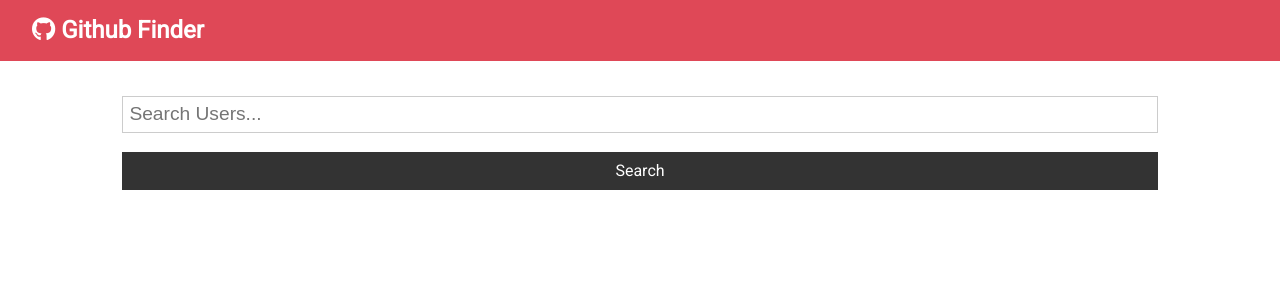
Repository: bafode/github-finder
Page: /about
These files come from the project's save history. The page is drawn as it stood at one moment and after the next save; the edit follows.
The browser window is 1280 px wide. The pictures show the whole page.
Some web libraries are served in a nearby version. The project was rebuilt for these pictures with package versions that can differ from the ones it lists, and the page was loaded fresh each time. A package was used in the major version that the imports need, not the one package.json lists. Also part of the build but not shown: src/components/users/UserItem.js, src/components/layout/Spinner.js, src/components/layout/Alert.js.

Above is the page before, as saved 2023-06-16 21:11:24.

After the next save:
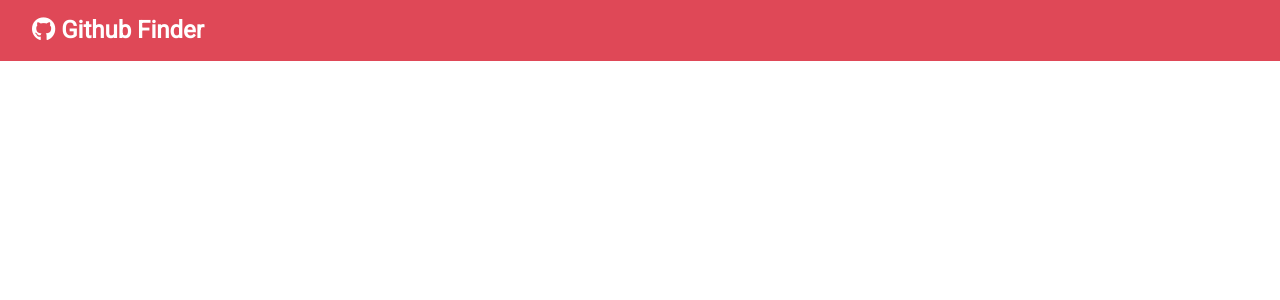
Saved 7 min 57 s later.
--- a/src/App.js
+++ b/src/App.js
@@ -1,5 +1,6 @@
-import React, { Component } from 'react';
+import React, { Component,Fragment } from 'react';
 import axios from 'axios';
+import {BrowserRouter as Router,Route,Switch} from 'react-router-dom'
 import './App.css';
 import Navbar from './components/layout/Navbar'
 import Users from './components/users/Users'
@@ -35,18 +36,26 @@ class App extends Component {
   render() {
     const { loading, users } = this.state
     return (
-      <div className="App">
+      <Router>
+        <div className="App">
         <Navbar />
         <div className="container">
           <Alert alert={this.state.alert} />
-          <Search searchUsers={this.searchUsers}
-            clearUsers={this.clearUsers}
-            showClear={this.state.users.length > 0 ? true : false}
-            setAlert={this.setAlert}
-          />
-          <Users loading={loading} users={users}/>
+            <Switch>
+              <Route exact path='/' render={props => (
+                <Fragment>
+                  <Search searchUsers={this.searchUsers}
+                     clearUsers={this.clearUsers}
+                     showClear={this.state.users.length > 0 ? true : false}
+                     setAlert={this.setAlert}
+                   />
+                   <Users loading={loading} users={users}/>
+                </Fragment>
+             )} />
+           </Switch>
         </div>
       </div>
+      </Router>
     );
   }
 }
